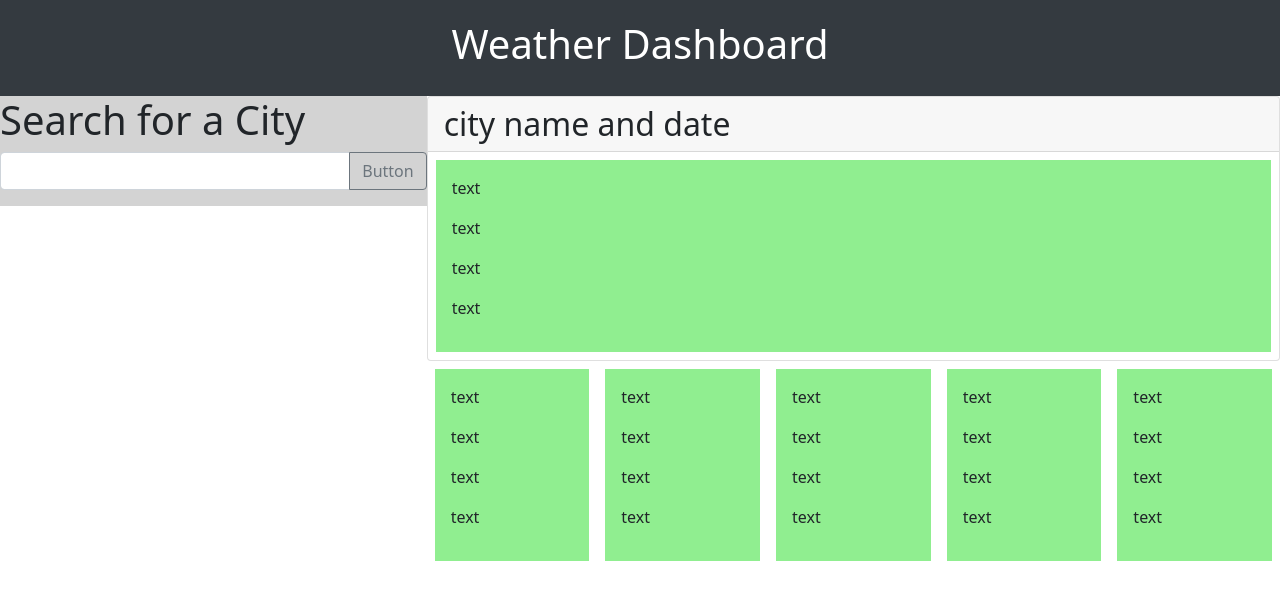
Repository: ziffoit/Weather_Dashboard
Page: index.html
An editor plug-in stored every save of this project. The page is shown before and after the next save, followed by the edit.
The browser window is 1280 px wide. The pictures show the whole page.

Above is the page before, as saved 2021-03-25 15:20:52.

### index.html
<!DOCTYPE html>
<html lang="en">
  <head>
    <meta charset="UTF-8" />
    <meta name="viewport" content="width=device-width, initial-scale=1.0" />
    <link
      href="https://cdn.jsdelivr.net/npm/bootstrap@5.0.0-beta3/dist/css/bootstrap.min.css"
      rel="stylesheet"
      integrity="sha384-eOJMYsd53ii+scO/bJGFsiCZc+5NDVN2yr8+0RDqr0Ql0h+rP48ckxlpbzKgwra6"
      crossorigin="anonymous"
    />
    <link rel="stylesheet" href="./Assets/style.css" />
    <title>Document</title>
  </head>
  <body>
    <header id="header">
      <h1>Weather Dashboard</h1>
    </header>
    <aside class="col-md-4">
      <h1>Search for a City</h1>
      <div class="input-group mb-3">
        <input type="text" class="form-control" />
        <button
          class="btn btn-outline-secondary"
          type="button"
          id="button-addon2"
        >
          Button
        </button>
      </div>
      <div></div>
    </aside>
    <section class="col-lg-8" id="main">
        <div class="card">
          <h2 class="card-header">city name and date</h5>
          <div class="card-body">
            <p>text</p>
            <p>text</p>
            <p>text</p>
            <p>text</p>
          </div>
        </div>
        <section class="row-col-5 d-flex flex-row">
          <div class="card-body">
            <p>text</p>
            <p>text</p>
            <p>text</p>
            <p>text</p>
          </div>
          <div class="card-body">
            <p>text</p>
            <p>text</p>
            <p>text</p>
            <p>text</p>
          </div>
          <div class="card-body">
            <p>text</p>
            <p>text</p>
            <p>text</p>
            <p>text</p>
          </div>
          <div class="card-body">
            <p>text</p>
            <p>text</p>
            <p>text</p>
            <p>text</p>
          </div>
          <div class="card-body">
            <p>text</p>
            <p>text</p>
            <p>text</p>
            <p>text</p>
          </div>
        </section>
    </section>
  </body>
</html>

### Assets/style.css
#header {
  text-align: center;
  background-color: #343a40;
  padding: 20px;
}

header > h1 {
  color: white;
}

aside {
  background-color: lightgray;
  float: left;
}

#main {
  float: right;
}

.card-body {
  background-color: lightgreen;
  margin: 8px;
}

After the next save:
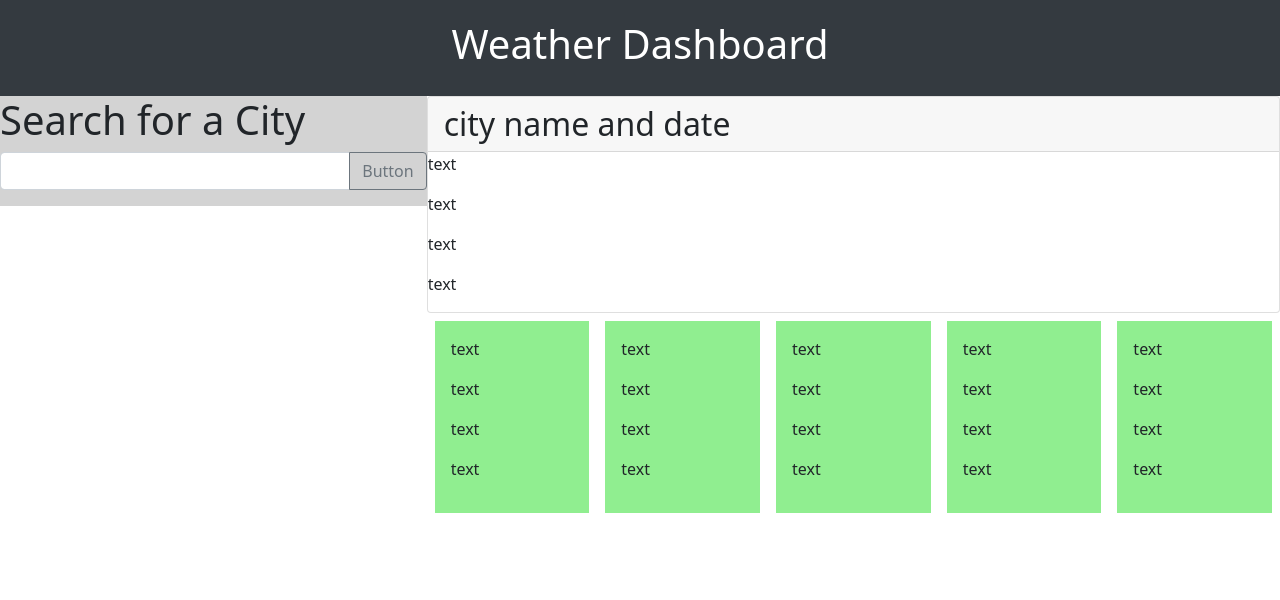
Saved 2 h 36 min later.
--- a/index.html
+++ b/index.html
@@ -33,7 +33,7 @@
     <section class="col-lg-8" id="main">
         <div class="card">
           <h2 class="card-header">city name and date</h5>
-          <div class="card-body">
+          <div class="">
             <p>text</p>
             <p>text</p>
             <p>text</p>
